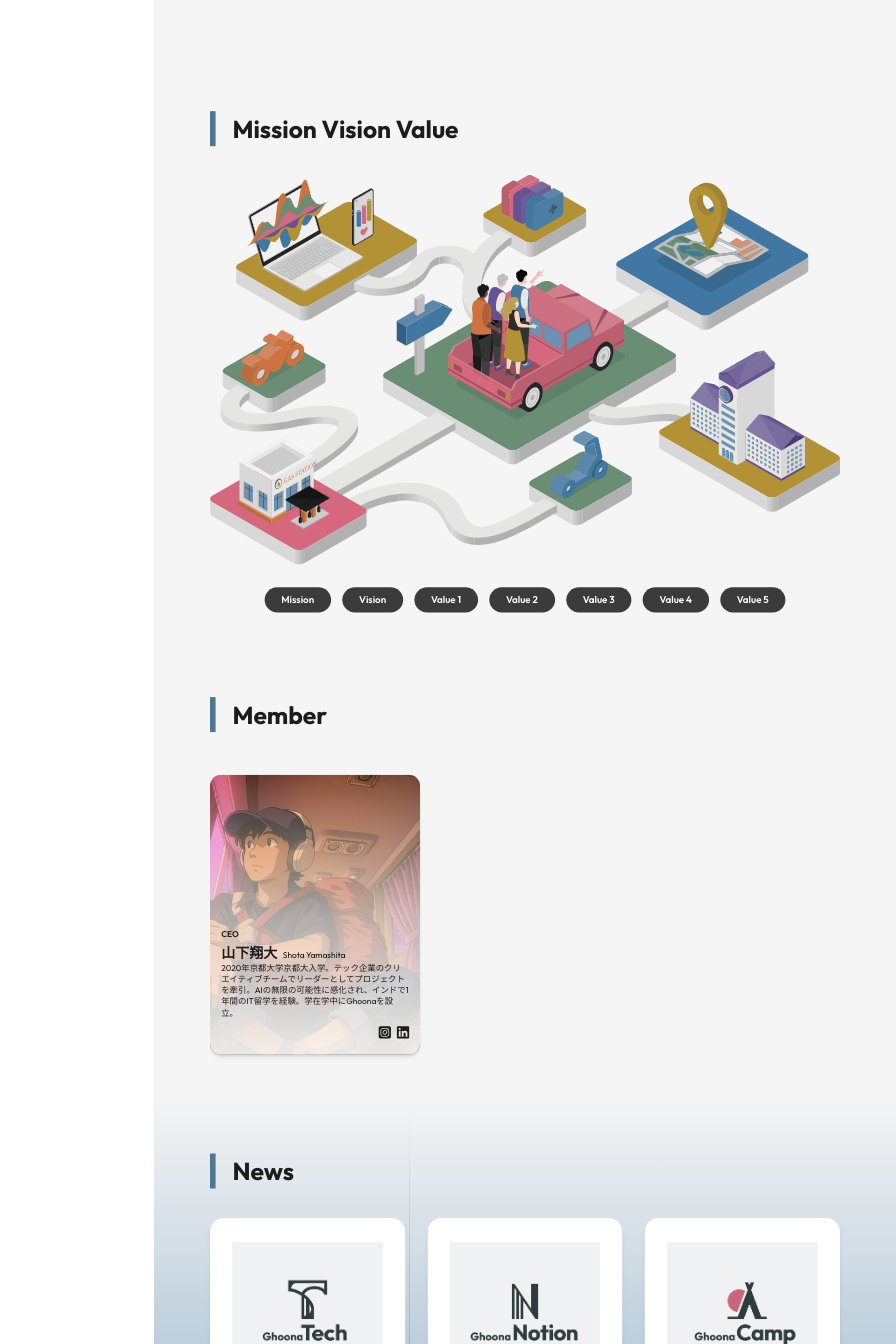
Repository: ShotaGhoona/ghoona-website
Page: /
These files come from the project's save history. The page is drawn as it stood at one moment and after the next save; the edit follows.
The browser window is 1280 px wide. The pictures show the part of the page from y = 1287 to 3207 px (the page is 3977 px tall before and 3878 px after), at 70% of full size.
The project was rebuilt for these pictures with package versions that can differ from the ones it lists, and the page was loaded fresh each time. The framework's server and built-in components were replaced by stand-ins that run in the browser. Also part of the build but not shown: next.config.ts.

Above is the page before, as saved 2025-04-08 00:08:43.

After the next save:
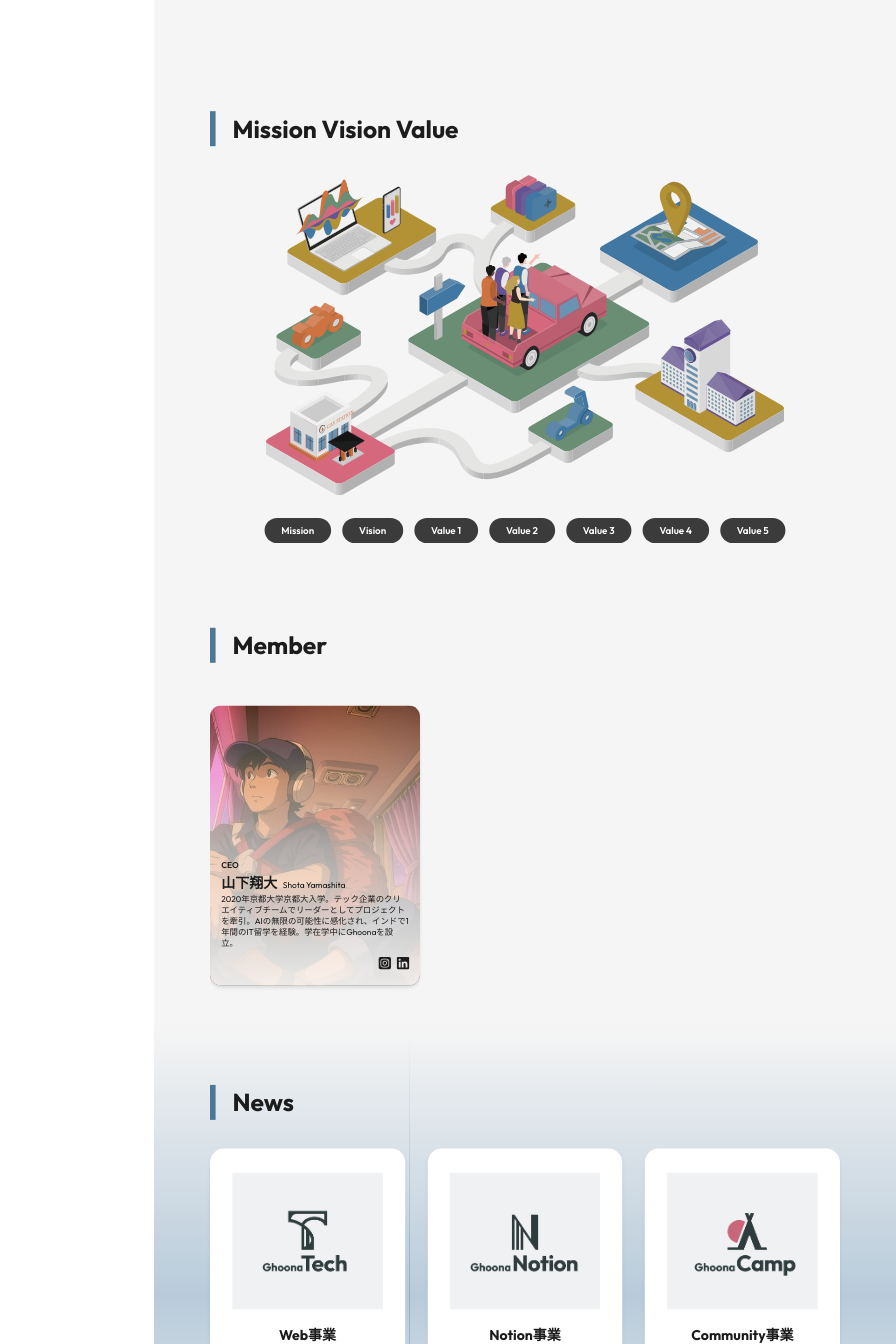
Saved 39 s later.
--- a/src/feature/home/display/mvv.tsx
+++ b/src/feature/home/display/mvv.tsx
@@ -64,7 +64,7 @@
     <section className="relative w-full px-5 md:px-20 py-10 md:py-20">
       <SectionTitle title="Mission Vision Value" />
       <div className="relative overflow-hidden rounded-[30px]">
-        <Image src="/SVG/mvv.svg" width={0} height={0} alt="MVV背景画像" className="w-full h-auto object-cover" />
+        <Image src="/SVG/mvv.svg" width={0} height={0} alt="MVV背景画像" className="w-full h-auto object-cover md:px-20" />
 
         <AnimatePresence mode="wait">
           {content && (
